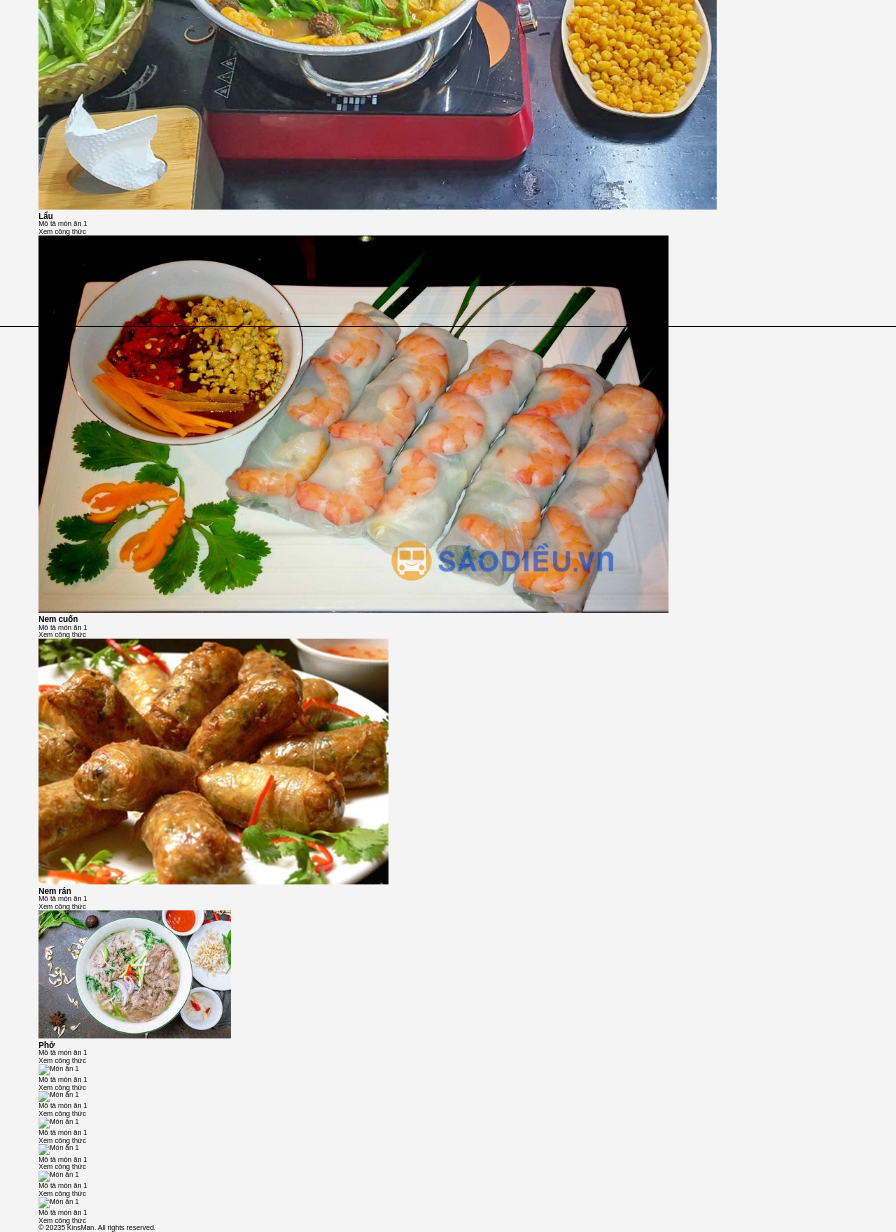
Repository: hoang28092000/how-food
Page: index.html
An editor plug-in stored every save of this project. The page is shown before and after a run of saves, followed by the edit.
The browser window is 1280 px wide. The pictures show the part of the page from y = 2438 to 4358 px (the page is 4198 px tall before and 4358 px after), at 70% of full size.

Above is the page before, as saved 2025-04-14 23:57:10.

After the next 3 saves:
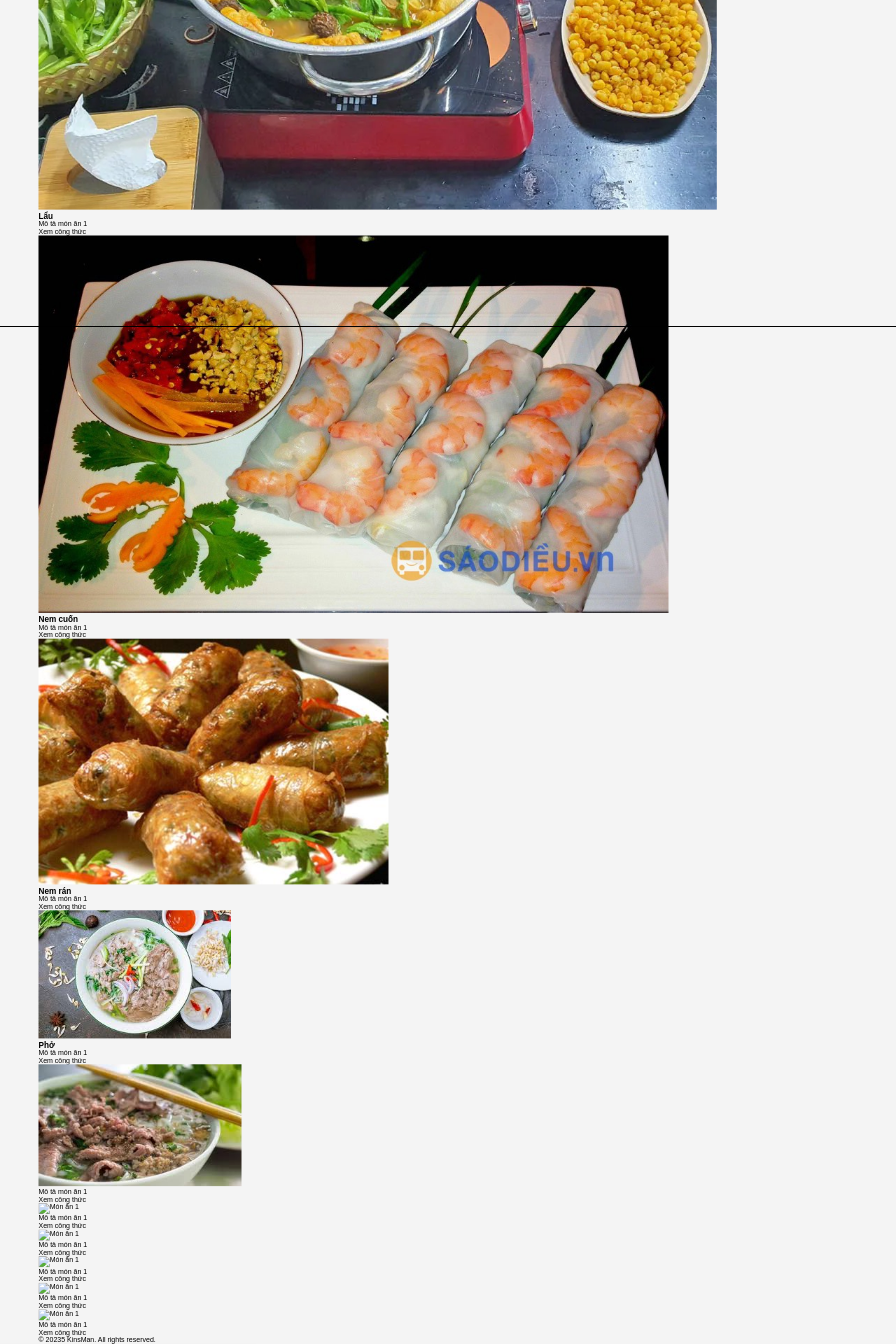
The 3 saves are shown as one change because they came seconds apart.
The last was saved 11 s later.
--- a/index.html
+++ b/index.html
@@ -89,7 +89,7 @@
                     </div>
                 </div>
                 <div class="food-item">
-                    <img src="" alt="Món ăn 1" class="food-image">
+                    <img src="./image/phobo.jpg" alt="Món ăn 1" class="food-image">
                     <div class="info-card">
                         <h3 class="food-name"></h3>
                         <p class="food-description">Mô tả món ăn 1</p>
